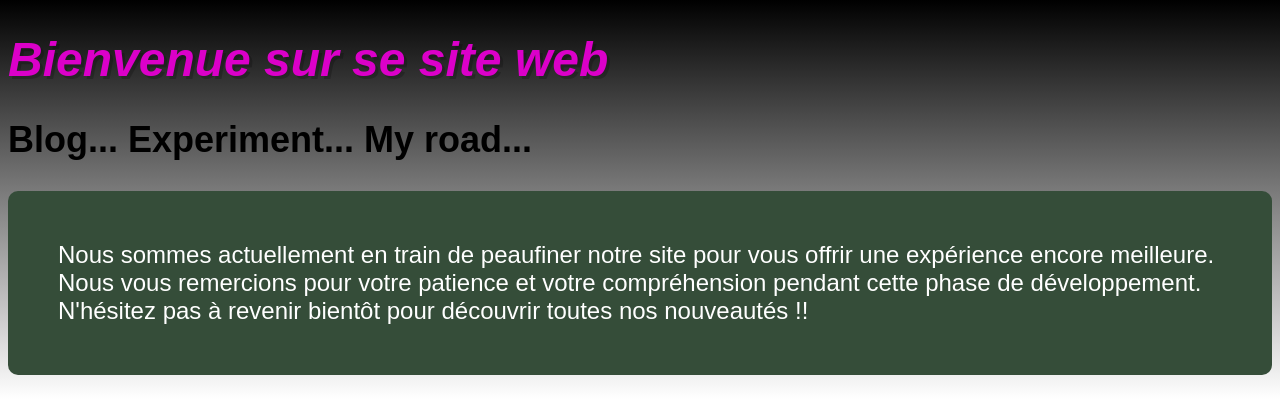
Repository: ValetteEvan/PersonalWebApp
Page: index.html
These files come from the project's save history. The page is drawn as it stood at one moment and after the next save; the edit follows.
The browser window is 1280 px wide. The pictures show the whole page.
The pointer rests on the first visible `.firstParagraph`.

Above is the page before, as saved 2025-01-07 18:12:21.

### index.html
<!DOCTYPE html>
<html>

    <head>
        <meta charset="utf-8" />
        <title>Valette Evan</title>
        <link href="style.css" rel="stylesheet">
        <link href="image/" rel="image">
        <link rel="font_original" href="https://fonts.googleapis.com">
    </head>

    <body>
        <div class="webGlobal">
            <h1>Bienvenue sur se site web</h1>
            <h2>Blog... Experiment... My road...</h2>
                <p class="firstParagraph">Nous sommes actuellement en train de peaufiner notre site pour
                 vous offrir une expérience encore meilleure. Nous vous remercions
                 pour votre patience et votre compréhension pendant cette phase de
                 développement. N'hésitez pas à revenir bientôt pour découvrir toutes nos nouveautés !!
                </p>
        </div>
    </body>
</html>

### style.css

body{

    background-color: rgb(255, 255, 255);
    background: linear-gradient(180deg,rgb(0, 0, 0),#ffffff);
    background-repeat: no-repeat;
    /*background-image: url('image/auto.jpg');*/
    /* background-repeat: no-repeat;*/
}
.webGlobal{
    /*background-color: rgb(36, 36, 36);*/
    font-family:'font_original',sans-serif;
    font-size: 1.5em;
    color: rgb(0, 0, 0);
}

h1 {
   font-style:italic;
   text-shadow: 3px 3px 0px rgba(0,0,0,0.2);
    color: rgb(219, 0, 201);
    /*text-decoration: underline;*/
}

.firstParagraph:hover{
    background-color: rgb(53, 77, 57);
    color: #ffffff;
    padding: 50px;
    border-radius: 10px;
}

.firstParagraph {

    background-color: rgb(59, 59, 59);
    color: #ffffff;
    padding: 50px;
    border-radius: 10px;
}

After the next save:
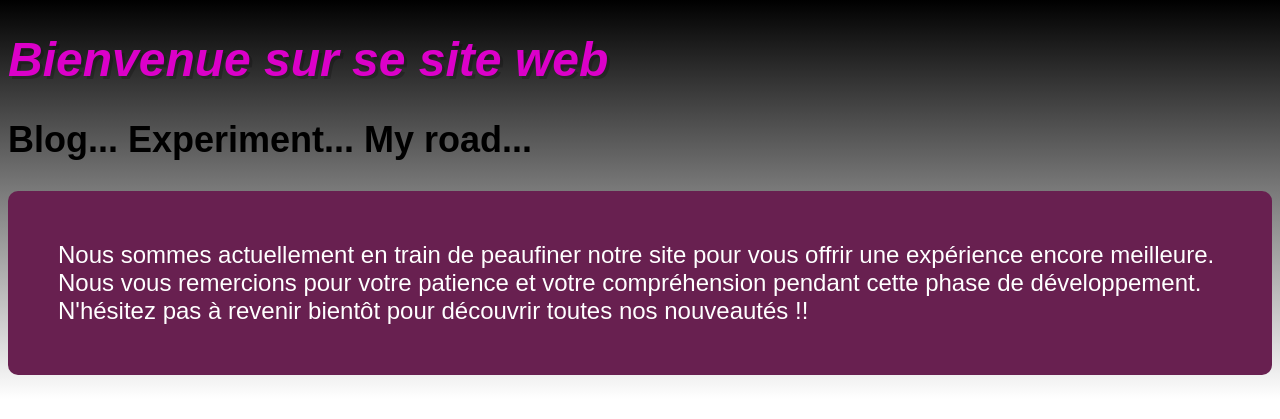
Saved 11 s later.
--- a/style.css
+++ b/style.css
@@ -22,7 +22,7 @@ h1 {
 }
 
 .firstParagraph:hover{
-    background-color: rgb(53, 77, 57);
+    background-color: rgb(104, 32, 80);
     color: #ffffff;
     padding: 50px;
     border-radius: 10px;
